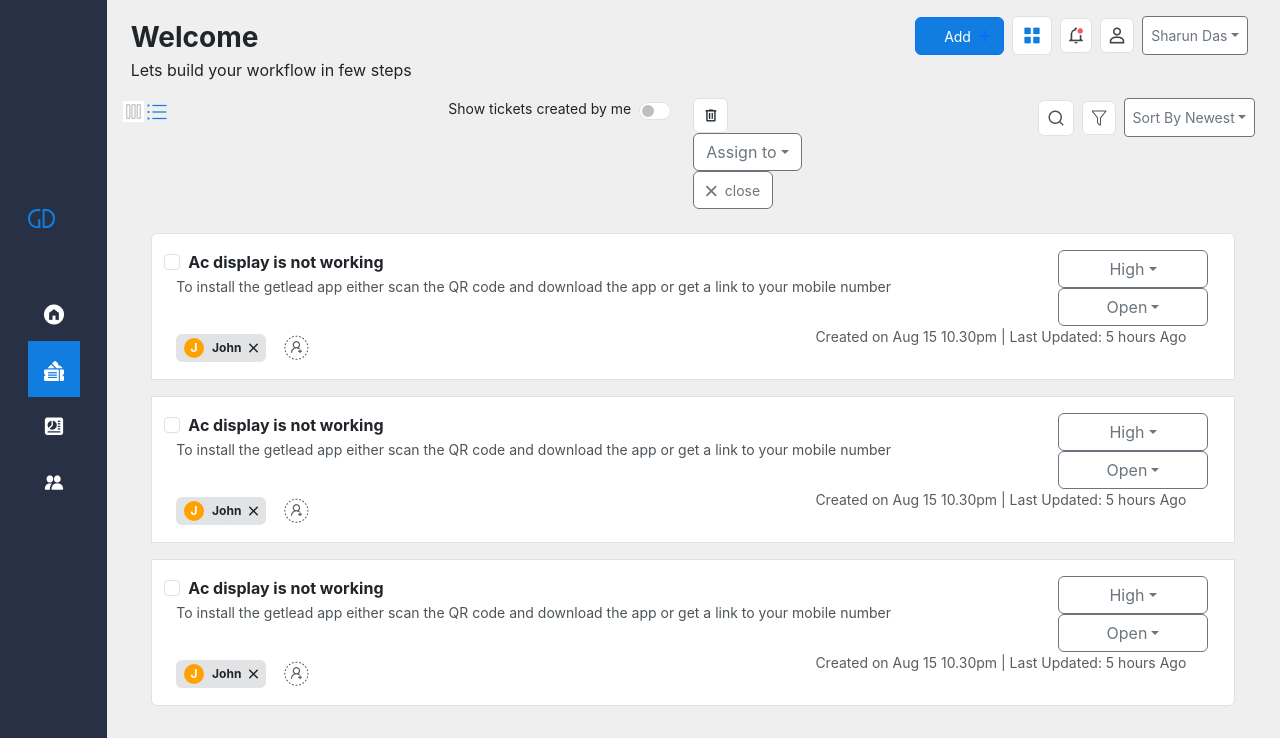
Repository: rishikarajeev/GL_HelpDesk
Page: /
These files come from the project's save history. The page is drawn as it stood at one moment and after the next save; the edit follows.
The browser window is 1280 px wide. The pictures show the whole page.
The project was rebuilt for these pictures with package versions that can differ from the ones it lists, and the page was loaded fresh each time. Also part of the build but not shown: src/App.css, src/Pages/HomePage.jsx.

Above is the page before, as saved 2024-01-11 15:36:55.

### public/index.html
<!DOCTYPE html>
<html lang="en">
  <head>
    <meta charset="utf-8" />
    <link rel="icon" href="%PUBLIC_URL%/favicon.ico" />
    <meta name="viewport" content="width=device-width, initial-scale=1" />
    <meta name="theme-color" content="#000000" />
    <meta
      name="description"
      content="Web site created using create-react-app"
    />
    <link rel="apple-touch-icon" href="%PUBLIC_URL%/logo192.png" />
    <link href="https://cdn.jsdelivr.net/npm/bootstrap@5.3.2/dist/css/bootstrap.min.css" rel="stylesheet" integrity="sha384-T3c6CoIi6uLrA9TneNEoa7RxnatzjcDSCmG1MXxSR1GAsXEV/Dwwykc2MPK8M2HN" crossorigin="anonymous">
   <script src="https://cdn.jsdelivr.net/npm/bootstrap@5.3.2/dist/js/bootstrap.bundle.min.js" integrity="sha384-C6RzsynM9kWDrMNeT87bh95OGNyZPhcTNXj1NW7RuBCsyN/o0jlpcV8Qyq46cDfL" crossorigin="anonymous"></script>

   <!--
      manifest.json provides metadata used when your web app is installed on a
      user's mobile device or desktop. See https://developers.google.com/web/fundamentals/web-app-manifest/
    -->
    <link rel="manifest" href="%PUBLIC_URL%/manifest.json" />
    <!--
      Notice the use of %PUBLIC_URL% in the tags above.
      It will be replaced with the URL of the `public` folder during the build.
      Only files inside the `public` folder can be referenced from the HTML.

      Unlike "/favicon.ico" or "favicon.ico", "%PUBLIC_URL%/favicon.ico" will
      work correctly both with client-side routing and a non-root public URL.
      Learn how to configure a non-root public URL by running `npm run build`.
    -->
    <title>React App</title>
  </head>
  <body>
    <noscript>You need to enable JavaScript to run this app.</noscript>
    <div id="root"></div>
    <!--
      This HTML file is a template.
      If you open it directly in the browser, you will see an empty page.

      You can add webfonts, meta tags, or analytics to this file.
      The build step will place the bundled scripts into the <body> tag.

      To begin the development, run `npm start` or `yarn start`.
      To create a production bundle, use `npm run build` or `yarn build`.
    -->
  </body>
</html>

### src/index.js
import React from "react";
import ReactDOM from "react-dom/client";
import "./index.css";
import App from "./App";
import reportWebVitals from "./reportWebVitals";


const root = ReactDOM.createRoot(document.getElementById("root"));
root.render(<App />);

// If you want to start measuring performance in your app, pass a function
// to log results (for example: reportWebVitals(console.log))
// or send to an analytics endpoint. Learn more: https://bit.ly/CRA-vitals
reportWebVitals();

### src/App.js
import logo from "./logo.svg";
import "./App.css";

import { BrowserRouter, Route, Routes } from "react-router-dom";
import ViewTickets from "./Pages/ViewTickets";
import HomePage from "./Pages/HomePage";
import SideBar from "./Components/SideBar";
import { Container, Row, Col } from "react-bootstrap";
import Header from "./Components/Header";
import "./Assets/Css/Styles.css"

function App() {
  return (
    <BrowserRouter>
      <Container fluid>
        <Row>
          <Col xl={1} className="sideBg">
            <SideBar />
          </Col>
          <Col xl={11} className="bgColor">
            <Header />
            <Routes>
              <Route path="/" element={<ViewTickets />}></Route>
              <Route path="/showtickets" element={<ViewTickets />}></Route>
              <Route path="/home" element={<HomePage />}></Route>
            </Routes>
          </Col>
        </Row>
      </Container>
    </BrowserRouter>
  );
}

export default App;

### src/Pages/ViewTickets.jsx
import React from "react";
import TicketItem from "../Components/TicketItem";
import {
  Container,
  Row,
  Col,
  Navbar,
  Nav,
  Button,
  ListGroup,
  Dropdown,
  Image,
} from "react-bootstrap";
import column_icon from "../Assets/Images/fluent_column-triple-20-regular.jpg";
import list_icon from "../Assets/Images/ph_list-bullets-light.png";
import search_icon from "../Assets/Images/ri_search-line.png";
import delete_icon from "../Assets/Images/material-symbols_delete-outline.jpg";
import { FontAwesomeIcon } from "@fortawesome/react-fontawesome";
import { faTimes } from "@fortawesome/free-solid-svg-icons";
import filter_icon from "../Assets/Images/cil_filter.png";

function ViewTickets() {
  return (
    <Container>
     <Row className="mt-3 mb-2 ">
  <Col className="p-0">
    <img src={column_icon} alt="Local Icon" />
    <img src={list_icon} />
  </Col>
  <Col className="d-none d-lg-block p-0 justify-content-evenly">
    <div className="form-check form-switch ms-0 d-flex align-items-start">
      <label className="form-check-label small me-5 p" htmlFor="flexSwitchCheckDefault">
        Show tickets created by me
      </label>
      <input
        className="form-check-input p-2"
        type="checkbox"
        role="switch"
        id="flexSwitchCheckDefault"
      />
    </div>
  </Col>
  <Col className="d-none d-lg-block p-0 justify-content-evenly">
    <Image
      src={delete_icon}
      alt="Local Icon"
      className="img-thumbnail bg-white p-2"
    />
    <Dropdown>
      <Dropdown.Toggle
        variant="outline-secondary"
        id="dropdown-basic"
        className="bg-white"
      >
        Assign to
      </Dropdown.Toggle>
      <Dropdown.Menu>
        <Dropdown.Item href="#/action-1">Assign to</Dropdown.Item>
        <Dropdown.Item href="#/action-2">Sharun</Dropdown.Item>
      </Dropdown.Menu>
    </Dropdown>
    <Button variant="btn btn-outline-secondary bg-white ">
      <FontAwesomeIcon icon={faTimes} className="small" />
      <span className="small ms-2">close</span>
    </Button>
  </Col>
  <Col className="text-end d-none d-lg-block p-0">
    <img
      src={search_icon}
      alt="Local Icon"
      className="img-thumbnail me-2 p-2 bg-white"
    />
    <img
      src={filter_icon}
      alt="Local Icon"
      className="img-thumbnail me-2 p-2 bg-white"
    />
    <button
      className="btn btn-outline-secondary btn-sm dropdown-toggle me-2 p-2 bg-white"
      type="button"
      data-bs-toggle="dropdown"
      aria-expanded="false"
    >
      Sort By Newest
    </button>
  </Col>
</Row>

      <ListGroup className="p-3">
        <ListGroup.Item className=" border mb-3">
          <TicketItem />
        </ListGroup.Item>
        <ListGroup.Item className=" border mb-3">
          <TicketItem />
        </ListGroup.Item>
        <ListGroup.Item className=" border mb-3">
          <TicketItem />
        </ListGroup.Item>
      </ListGroup>
    </Container>
  );
}

export default ViewTickets;

### src/Components/SideBar.jsx
import React, { useState } from "react";
import { Navbar, Nav } from "react-bootstrap";
import ticketIcon from "../Assets/Images/Layer_1.png";
import logo from "../Assets/Images/logo.png";
import profile from "../Assets/Images/profile_icon.png";
import filemanagr from "../Assets/Images/Frame.png";
import homeIcon from "../Assets/Images/el_home-alt.png";
import "../Assets/Css/Styles.css";

function SideBar() {
  const [activeIcon, setActiveIcon] = useState("tickets"); // Set the initial active icon

  return (
    <Navbar expand="lg" variant="dark" className=" p-3  h-100">
      <Navbar.Toggle aria-controls="sidebar" className="order-0 ml-auto" />
      <Navbar.Collapse id="sidebar">
        <Nav className="flex-column sideBg">
          <Navbar.Brand className="mb-5">
            {" "}
            <img src={logo} alt="Home Icon " className="icon" />
          </Navbar.Brand>

          <Nav.Item
            className={`nav-item p-2 ${
              activeIcon === "home" ? "selectedColor" : ""
            }`}
          >
            <Nav.Link
              className="nav-link text-white"
              onClick={() => setActiveIcon("home")}
              href="/home"
            >
              <img src={homeIcon} alt="Home Icon" className="icon" />
            </Nav.Link>
          </Nav.Item>
          <Nav.Item
            className={`nav-item p-2 ${
              activeIcon === "tickets" ? "selectedColor" : ""
            }`}
          >
            <Nav.Link
              className="nav-link"
              onClick={() => setActiveIcon("tickets")}
              href="/showtickets"
            >
              <img src={ticketIcon} alt="Ticket Icon" className="icon" />
            </Nav.Link>
          </Nav.Item>
          <Nav.Item
            className={`nav-item p-2 ${
              activeIcon === "file" ? "selectedColor" : ""
            }`}
          >
            <Nav.Link
              className="nav-link"
              onClick={() => setActiveIcon("file")}
              href="#"
            >
              <img src={filemanagr} alt="file Icon" className="icon" />
            </Nav.Link>
          </Nav.Item>
          <Nav.Item
            className={`nav-item p-2 ${
              activeIcon === "profile" ? "selectedColor" : ""
            }`}
          >
            <Nav.Link
              className="nav-link"
              onClick={() => setActiveIcon("profile")}
              href="#"
            >
              <img src={profile} alt="profile Icon" className="icon" />
            </Nav.Link>
          </Nav.Item>
          <Nav.Item
            className={`nav-item p-2 ${
              activeIcon === "settings" ? "selectedColor" : ""
            }`}
          >
            <Nav.Link
              className="nav-link text-white"
              onClick={() => setActiveIcon("settings")}
              href="#"
            >
              <i className="fas fa-cogs"></i>
            </Nav.Link>
          </Nav.Item>
        </Nav>
      </Navbar.Collapse>
    </Navbar>
  );
}

export default SideBar;

### src/Components/Header.jsx
import React from "react";

import menu_icon from "../Assets/Images/ep_menu.png";
import notificatn_icon from "../Assets/Images/Group 10.png";
import user_icon from "../Assets/Images/ooui_user-avatar-outline.png";
import { Container, Row, Col, Navbar, Nav, Button } from "react-bootstrap";
import { FontAwesomeIcon } from "@fortawesome/react-fontawesome";
import { faTimes,faPlus  } from "@fortawesome/free-solid-svg-icons";

function Header() {
  return (
    <Container fluid>
      <Row className=" justify-content-end mt-3 mb-3">
        <Col sm={8}>
          <Row>
            <a class="navbar-brand fs-3 fw-bolder" href="#">
              Welcome
            </a>
          </Row>
          <Row>
            <span>Lets build your workflow in few steps</span>
          </Row>
        </Col>

        <Col sm={4} className="text-end">
        <Button variant="btn btn-outline-primary selectedColor me-2">
        <span className="small ms-2 text-white p-2">Add</span>
            <FontAwesomeIcon icon={faPlus } className="small" />

          </Button>
          <img
            src={menu_icon}
            alt="Local Icon"
            className="img-thumbnail me-2 p-2 bg-white"
          />
          <img
            src={notificatn_icon}
            alt="Local Icon"
            className="img-thumbnail me-2 p-2 bg-white"
          />
          <img
            src={user_icon}
            alt="Local Icon"
            className="img-thumbnail me-2 p-2 bg-white"
          />
          <button
            className="btn btn-outline-secondary btn-sm dropdown-toggle me-2 p-2 bg-white"
            type="button"
            data-bs-toggle="dropdown"
            aria-expanded="false"
          >
            Sharun Das
          </button>
        </Col>
      </Row>
    </Container>
  );
}

export default Header;

### src/Assets/Css/Styles.css
.sideBg{
    background-color:  #273045;
    text-align: left;


}
.selectedColor{
    background-color:  #117DE0;


}
.bgColor{
    background-color:  #EFEFEF;

}
.txt-ticket-color{
  color:#4D5459

}


  .circle-icon {
    width: 20px;
    height: 20px;
    border-radius: 50%;
    background-color: #ffa200; /* Choose your desired background color */
    display: flex;
    align-items: center;
    justify-content: center;
    color: #fff; /* Choose your desired text color */
  }
  .close-icon {
    position: absolute;
    color:black;
    top: 50%;
    left: 50%;
    transform: translate(-50%, -50%);
  }

### src/Components/TicketItem.jsx
import React from "react";
import { Container, Row, Col, Button, Image,Dropdown } from "react-bootstrap";
import UserBadge from "../Components/UserBadge";
import userAddIcon from "../Assets/Images/Group 758674.png";

function TicketItem() {
  const userName = "John";
  return (
    <Container fluid className="p-2">
      <Row>
        <Col xl={10}>
          <Row>
            <div className="form-check">
              <input
                className="form-check-input"
                type="checkbox"
                value=""
                id="flexCheckDefault"
              />
              <label
                className="form-check-label  fw-bolder"
                htmlFor="flexCheckDefault"
              >
                Ac display is not working
              </label>
            </div>
          </Row>
          <Row>
            <p className="small text-wrap txt-ticket-color">
              To install the getlead app either scan the QR code and download
              the app or get a link to your mobile number
            </p>
          </Row>
        </Col>
        <Col xl={2}>
          <Row>
            <Dropdown >
              <Dropdown.Toggle variant="outline-secondary" id="dropdown-basic" style={{ width: '150px' }}>
               High
              </Dropdown.Toggle>

              <Dropdown.Menu>
                <Dropdown.Item href="#/action-1">High </Dropdown.Item>
                <Dropdown.Item href="#/action-2">Low</Dropdown.Item>

              </Dropdown.Menu>
            </Dropdown>

            <Dropdown>
              <Dropdown.Toggle variant="outline-secondary" id="dropdown-basic" style={{ width: '150px' }}>
               Open
              </Dropdown.Toggle>

              <Dropdown.Menu>
                <Dropdown.Item href="#/action-1">Open </Dropdown.Item>
                <Dropdown.Item href="#/action-2">Pending</Dropdown.Item>

              </Dropdown.Menu>
            </Dropdown>
          </Row>
        </Col>
        <Row>
          <Col xl={5} className="mt-2">
            <Row>
              <Col sm={3}>
                <UserBadge name={userName} />
              </Col>
              <Col sm={2}>
                <Image src={userAddIcon} alt="Local Icon" rounded />
              </Col>
            </Row>
          </Col>

          <Col xl={7} className="text-end">
            <p className="text-muted small">
              Created on Aug 15 10.30pm | Last Updated: 5 hours Ago
            </p>
          </Col>
        </Row>
      </Row>
    </Container>
  );
}

export default TicketItem;

### src/Components/UserBadge.jsx
// UserBadge.js
import React from "react";
import { Badge } from "react-bootstrap";
import "../Assets/Css/Styles.css";
import { FontAwesomeIcon } from "@fortawesome/react-fontawesome";
import { faTimes } from "@fortawesome/free-solid-svg-icons";

const UserBadge = ({ name }) => {
  const initials = name
    .split(" ")
    .map((word) => word[0])
    .join("");

  return (
    <div>
      <Badge bg="secondary-subtle ">
        <div className="rounded-circle bg-secondary-subtle text-dark d-flex align-items-center justify-content-center">
          <div className="circle-icon">
            {" "}
            <span>{initials} </span>{" "}
          </div>
          <span className="ms-2">{name} </span>

          <FontAwesomeIcon icon={faTimes} className=" ms-2" />
        </div>
      </Badge>
    </div>
  );
};

export default UserBadge;

Loaded but not shown: src/index.css (common file); src/reportWebVitals.js (common file)

After the next save:
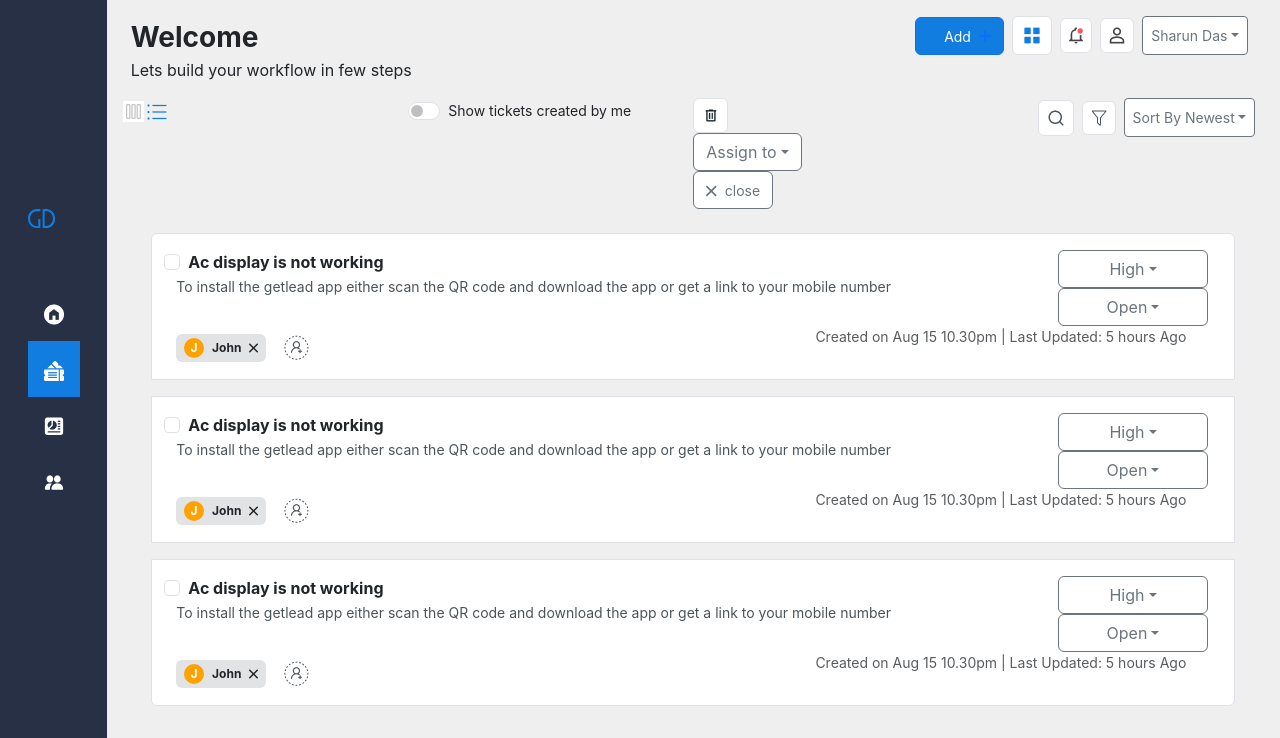
Saved 23 s later.
--- a/src/Pages/ViewTickets.jsx
+++ b/src/Pages/ViewTickets.jsx
@@ -28,7 +28,7 @@ function ViewTickets() {
     <img src={list_icon} />
   </Col>
   <Col className="d-none d-lg-block p-0 justify-content-evenly">
-    <div className="form-check form-switch ms-0 d-flex align-items-start">
+    <div className="form-check form-switch align-items-start">
       <label className="form-check-label small me-5 p" htmlFor="flexSwitchCheckDefault">
         Show tickets created by me
       </label>
